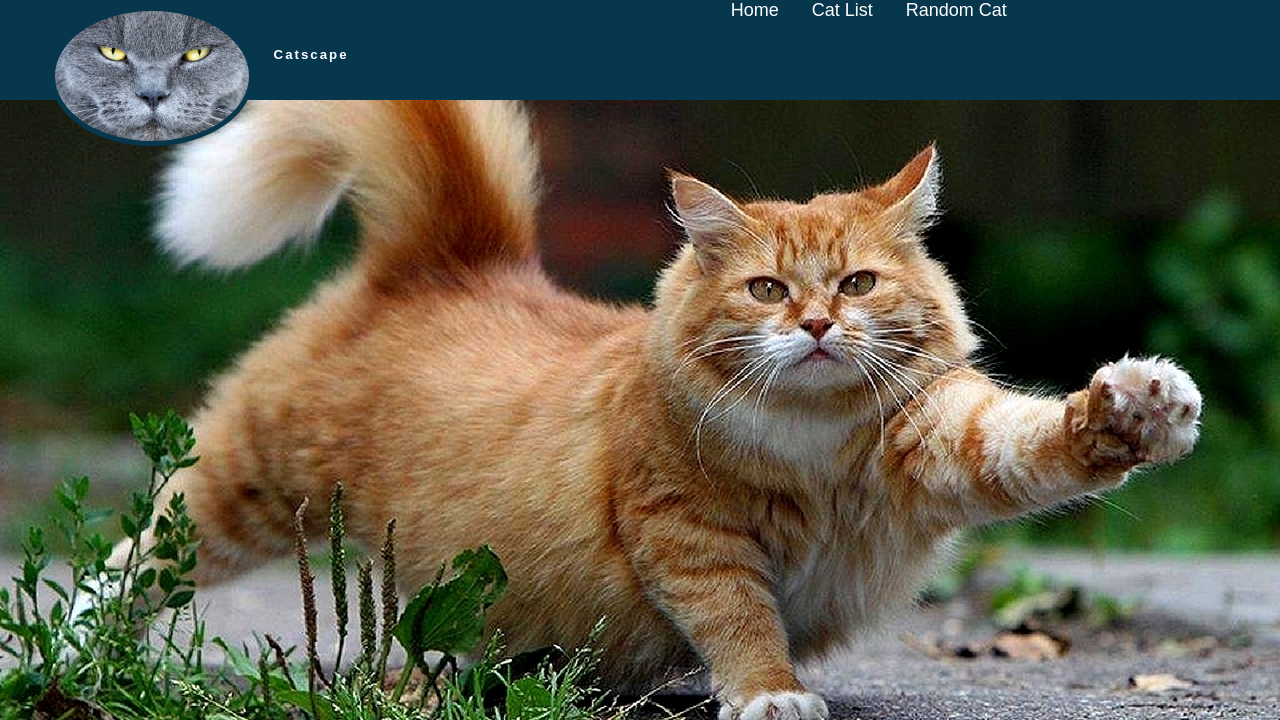
Repository: Jeith/node-exercises
Page: http://localhost/
An editor plug-in stored every save of this project. The page is shown before and after the next save, followed by the edit.
The browser window is 1280 px wide. The pictures show the whole page.
The page is served by the project's Node server (app.js).

Above is the page before, as saved 2018-08-15 20:01:31.

### node_project/views/pages/index.ejs
<!DOCTYPE html>
<html lang="en">
<head>
    <meta charset="UTF-8">
    <meta name="viewport" content="width=device-width, initial-scale=1.0">
    <meta http-equiv="X-UA-Compatible" content="ie=edge">
    <style>
       body{
            margin: 0 0 0 0;
            background-size: cover;
            background-position: center;
            background-image: url('/images/indexbg.jpg');
            background-repeat: no-repeat;
            background-attachment: fixed;
        }
        a{
            color: white;
            text-decoration: none;
            vertical-align: middle;
            font-size: 18px;
            font-family: Arial, Helvetica, sans-serif;
            margin-right: 33px;
            top: 70px;
        }

        a:hover{
            color: #A1CD3A;
        }

        .name{
            margin-top: 300px;
            text-align: center;
            margin-left: 30%;
            margin-right: 30%;
            background-color: rgba(7, 55, 77, .5);
            align-content: center;
        }
        .name h1{
            font-size: 75px;
            color: #A1CD3A;
            font-family: Helvetica, arial, sans-serif;
            font-weight: 700;
            line-height: 75px;
        }

        .name h2{
            font-size: 30px;
            color: white;
            font-family: Helvetica, arial, sans-serif;
            font-weight: 500;
        }
    </style>
    <title>Document</title>
</head>
<body>
        <% include ../partials/header.ejs %>
</body>
</html>

### node_project/views/partials/header.ejs
<header style="background-color: #07374D; height: 100px; display: flex; flex-direction: row; justify-content: space-between; flex-wrap: nowrap; width: 100%; z-index: 5; position: fixed;">
    <div style="display: flex; flex-direction: row;">
        <img src=<%= "/images/" + cat[id].photos[0] %> style="border: 5px solid #07374D; height: 130px; border-radius: 50%; margin-top:6px; margin-left: 50px; z-index: 5;">
        <div style="margin-top: 25px; color: white; vertical-align: center; width: 250px; font-family: 'Carme', Arial, Helvetica, sans-serif; margin-left: 20px;">
            <h5 style="letter-spacing: 2px;"><%= cat[id].name %></h5>
        </div>
    </div>
    <div style="display: flex; flex-direction: row; justify-content: flex-end;">
        <a href="http://localhost:8000/">Home</a>
        <a href="http://localhost:8000/catlist">Cat List</a>
        <a href=<% "http://localhost:8000/cats/" + rand %></a>Random Cat
    </div>
</header>

### node_project/app.js
let express = require('express');
let app = express();
let router = express.Router();
let data = require('./data/data.json');

app.set('view engine', 'ejs');
app.set('appData', data);

app.locals.siteTitle = "Cat Breeds"

app.use(express.static('public'));

app.get("/", (req, res, next) => {
    let dataFile = req.app.get("appData");
    var cat = data.breeds
    res.render('pages/index', {
        rand: Math.floor(Math.random * 2),
        cat: dataFile.breeds,
        id: 3
    });
});

app.get("/cats/:breedID", (req, res, next) => {
    var catId = req.params.breedID
    var cat = data.breeds
    console.log(catId)

    res.render('pages/cats', {
        cat: data.breeds,
        id: catId
    });
});

app.get("/catlist", (req, res, next) => {
    let dataFile = req.app.get("appData");
    var cat = data.breeds
    res.render('pages/catlist', {
        cat: dataFile.breeds,
        id: 3
    });
});

module.exports = router;

app.listen(8000, function () {
    console.log('Listening on port 8000');
});

### node_project/data/data.json
{
   "breeds":[
      {
         "name":"Persian",
         "imagename": "persian",
         "summary":"The Persian cat is a long-haired breed of cat characterized by its round face and short muzzle. It is also known as the Persian Longhair in the English-speaking countries.",
         "description":"<p>The Persian is the most popular pedigreed cat in North America, if not the world. He first came into vogue during the Victorian era, but he existed long before then. Little is known about his early history, though.  The Persian comes in two types: show and traditional. The show Persian has a round head enhanced with a thick ruff, small ears, a flat nose, big round copper eyes, a broad, short body with heavy boning atop short tree-trunk legs, and a thick, flowing plume of a tail. The traditional Persian, also known as the Doll Face, does not have the extreme features of the show Persian, and his nose is a normal length, giving him a sweet expression. Both types have a long, glamorous coat that comes in many colors and patterns, and both share the same wonderful personality.</p>",
         "photos":[
            "persian_01.jpg",
            "persian_02.jpg",
            "persian_03.jpg",
            "persian_04.jpg"
         ]
      },
      {
         "name":"Sphynx",
         "imagename": "sphynx",
         "summary":"The Sphynx cat is a breed of cat known for its lack of coat. It was developed through selective breeding, starting in the 1960s. The skin should have the texture of chamois, as it has fine hairs.",
         "description":"<p>The Sphynx cat is a breed of cat known for its lack of coat (fur). It was developed through selective breeding, starting in the 1960s. The skin should have the texture of chamois, as it has fine hairs. Whiskers may be present, either whole or broken, or may be totally absent. Their skin is the color that their fur would be, and all the usual cat markings (solid, point, van, tabby, tortie, etc.) may be found on the Sphynx cat's skin. Because they have no coat, they lose more body heat than coated cats. This makes them warm to the touch as well as heat-seeking.</p>",
         "photos":[
            "sphynx_01.jpg",
            "sphynx_02.jpg",
            "sphynx_03.jpg",
            "sphynx_04.jpg"
         ]
      },
      {
         "name":"Selkirk Rex",
         "imagename": "selkirk",
         "summary":"The Selkirk Rex is a breed of cat with highly curled hair.",
         "description":"<p>The Selkirk Rex is gentle and sociable. He is affectionate and likes to cuddle, making him a good choice for families with older children, other pets or frequent guests. Assuming he was well socialized as a kitten, he can be a good traveler and can make an excellent therapy cat. The Selkirk is by no means a couch potato, but he is more restful to live with than the Cornish or Devon Rex.</p>",
         "photos":[
            "selkirk_01.jpg",
            "selkirk_02.jpg",
            "selkirk_03.jpg",
            "selkirk_04.jpg"
         ]
      },
      {
      "name":"Catscape",
      "imagename": "persian",
      "summary":"The Persian cat is a long-haired breed of cat characterized by its round face and short muzzle. It is also known as the Persian Longhair in the English-speaking countries.",
      "description":"<p>The Persian is the most popular pedigreed cat in North America, if not the world. He first came into vogue during the Victorian era, but he existed long before then. Little is known about his early history, though.  The Persian comes in two types: show and traditional. The show Persian has a round head enhanced with a thick ruff, small ears, a flat nose, big round copper eyes, a broad, short body with heavy boning atop short tree-trunk legs, and a thick, flowing plume of a tail. The traditional Persian, also known as the Doll Face, does not have the extreme features of the show Persian, and his nose is a normal length, giving him a sweet expression. Both types have a long, glamorous coat that comes in many colors and patterns, and both share the same wonderful personality.</p>",
      "photos":[
         "background.jpg",
         "persian_02.jpg",
         "persian_03.jpg",
         "persian_04.jpg"
      ]
   }
]
}

After the next save:
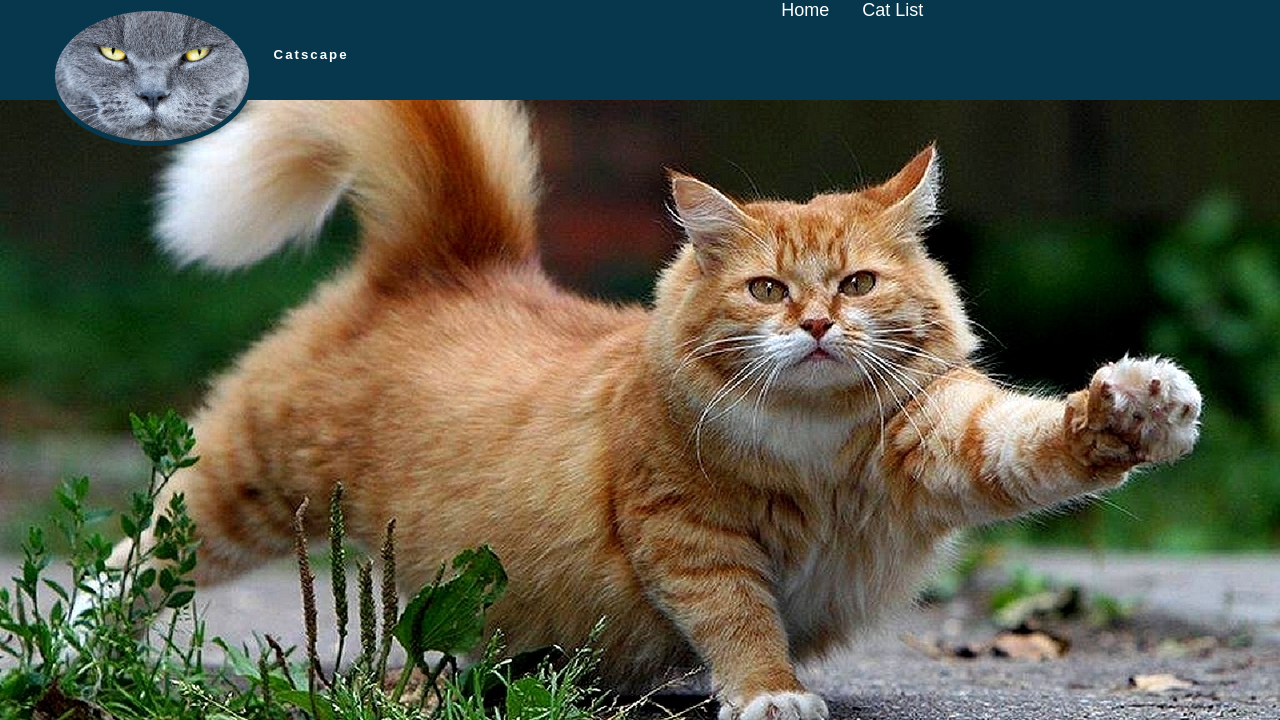
Saved 39 s later.
--- a/node_project/views/partials/header.ejs
+++ b/node_project/views/partials/header.ejs
@@ -8,6 +8,6 @@
     <div style="display: flex; flex-direction: row; justify-content: flex-end;">
         <a href="http://localhost:8000/">Home</a>
         <a href="http://localhost:8000/catlist">Cat List</a>
-        <a href=<% "http://localhost:8000/cats/" + rand %></a>Random Cat
+        <a href=<% "http://localhost:8000/cats/" + rand %>Random Cat</a>
     </div>
 </header>
